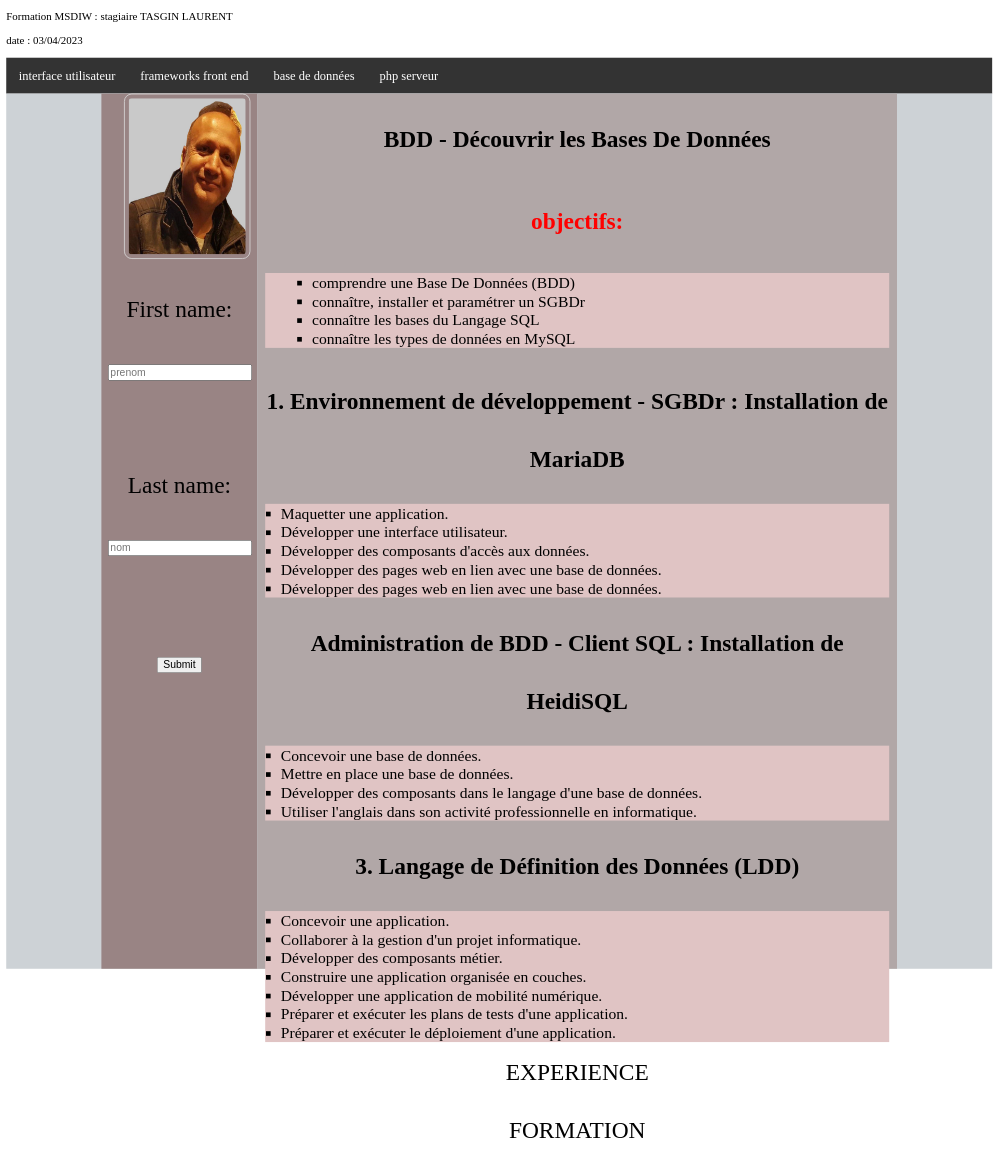
Repository: laurentbul/ApplicationEssai
Page: exercice/ex1/stagiaire_laurent/BACK/BDD/SQL/bdd1_alimenter.html
The author's editor kept a copy of each file at every save. The page is drawn from the files as they stood at one save, then again after the next save.
The browser window is 1280 px wide. The pictures show the whole page, at 78% of full size.

Above is the page before, as saved 2023-04-06 06:19:57.

After the next save:
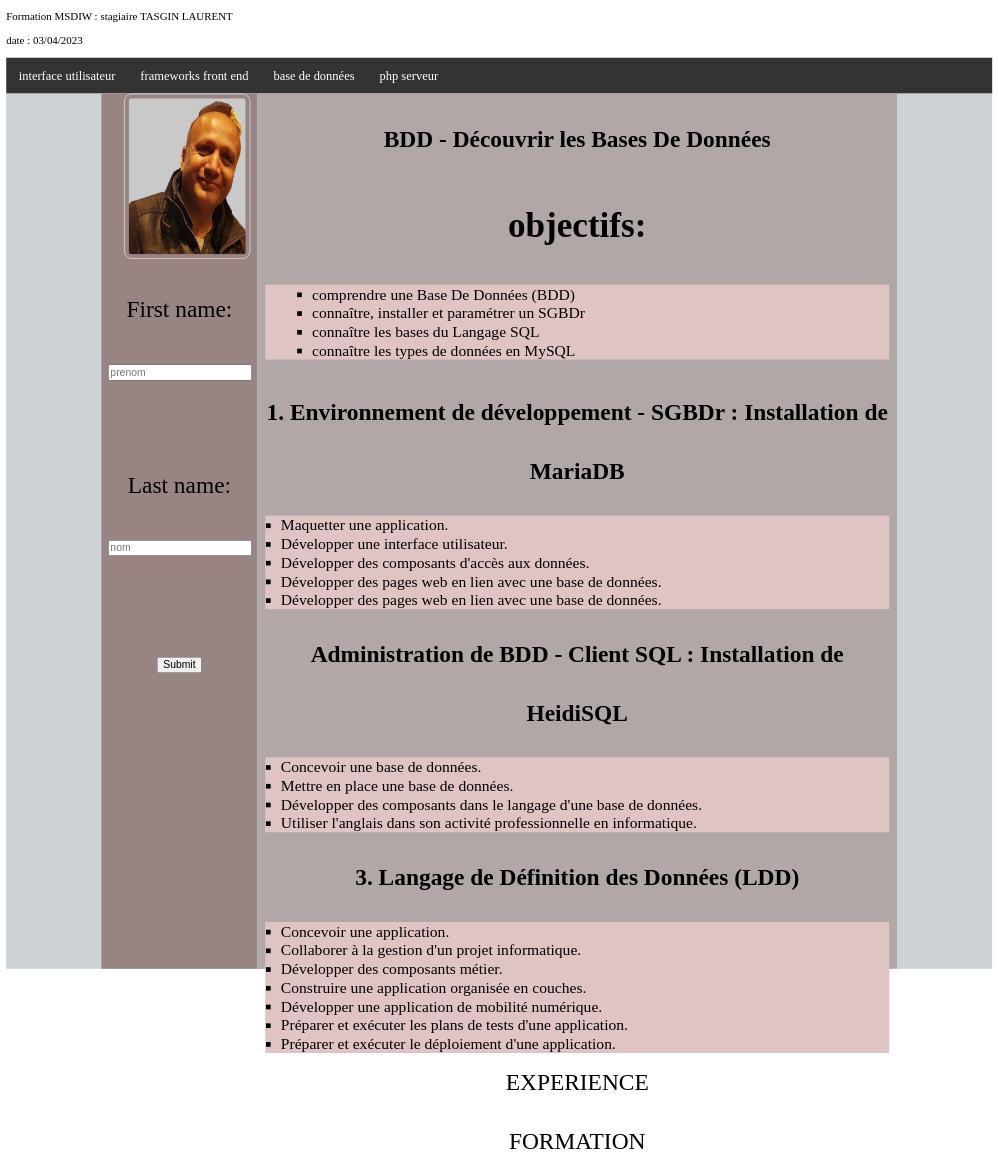
Saved 19 min 39 s later.
--- a/exercice/ex1/stagiaire_laurent/FRONT/STATIQUE/CSS/msdiw.css
+++ b/exercice/ex1/stagiaire_laurent/FRONT/STATIQUE/CSS/msdiw.css
@@ -25,9 +25,13 @@ h1 {
   }
 
   h3 {
-    font-size: 30px;
-    margin-left: none;
-    color: red;
+ display: block;
+  font-size: 1.5em;
+  margin-top: 0.83em;
+  margin-bottom: 0.83em;
+  margin-left: 0;
+  margin-right: 0;
+  font-weight: bold;
   }
 
   p {
